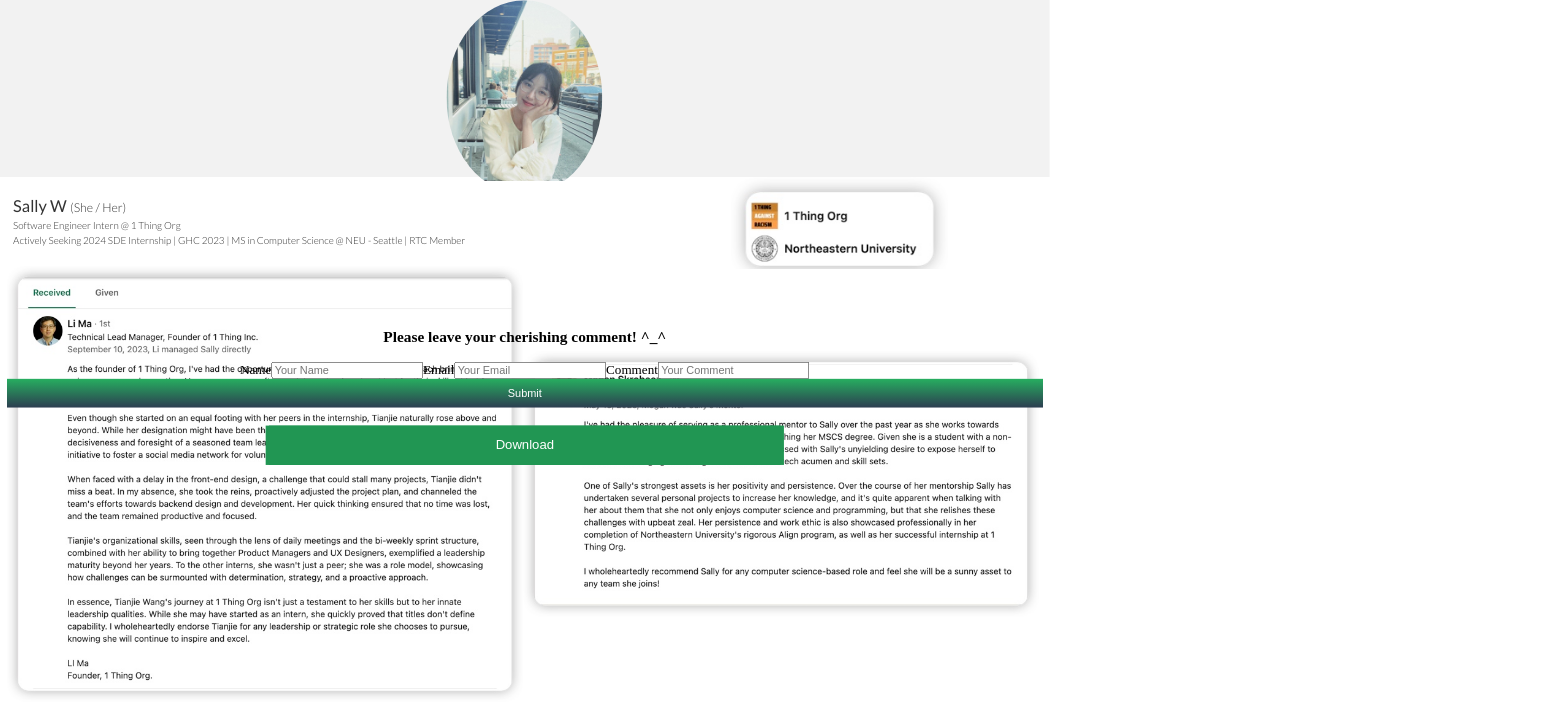
Repository: tianjiewang2022/digital-namecard
Page: recommendation_page.html
These files come from the project's save history. The page is drawn as it stood at one moment and after the next save; the edit follows.
The browser window is 1280 px wide. The page is 1280 px wide, then 1902 px, so the pictures cover 1902 px, including what lies to the right of the window. The pictures show the whole page, at 82% of full size.
Some web fonts or font styles are not loaded; a fallback is used.

Above is the page before, as saved 2023-10-16 00:40:32.

### recommendation_page.html
<!DOCTYPE html>
<html>

    <head>
        <link rel="stylesheet" href="main.css">
        <link href='https://fonts.googleapis.com/css?family=Lato:200,300,400,700' rel='stylesheet' type='text/css'>
        <link href="https://fonts.googleapis.com/css?family=Muli:200,300" rel="stylesheet">
        <meta name="viewport" content="width=device-width, initial-scale=1, shrink-to-fit=no">
    </head>

    <body>
        <section class="bg-color-grey banner">
            <div class="container">
                <div class="row">
                    <div class="col"></div>
                    <div class="col is-5">
                        <img class="profile-pic" src="E4CDA194-B414-4D9C-A781-2C7693C33BDE.JPG" alt="Profile Picture">
                    </div>
                    <div class="col"></div>
                </div>
            </div>
        </section>

        <section class="bg-color-white primary-info">
            <div class="container">
                <div class="row name-title-company">
                    <div class="col is-6">
                        <p class="text-name">Sally W <span>(She / Her)</span></p>
                        <p class="text-title-company">Software Engineer Intern @ 1 Thing Org</p>
                        <p class="text-title-company">Actively Seeking 2024 SDE Internship | GHC 2023 | MS in Computer
                            Science @ NEU - Seattle | RTC Member</p>
                    </div>
                    <div class="col">
                        <img src="iShot_2023-09-12_11.27.03.jpg" alt="Company Logo">
                    </div>
                </div>
            </div>
        </section>
        <section class="bg-color-white secondary-info">
            <div class="container grid-container">
                <div class="image-container">
                    <img src="Recommendation_Manager.jpg" alt="Recommendation from Manager">
                    <img src="Recommendation_Mentor.jpg" alt="Recommendation from Mentor">
                </div>
            </div>
        </section>

        <section class="bg-color-white secondary-info">
            <div class="container table-container">
                <h3>Please leave your cherishing comment! ^_^</h3>
                <table>
                    <label for="name">Name</label>
                    <input type="text" id="name" name="name" placeholder="Your Name">

                    <label for="email">Email</label>
                    <input type="email" id="email" name="email" placeholder="Your Email">

                    <label for="message">Comment</label>
                    <input type="text" id="message" name="message" placeholder="Your Comment">

                    <button type="submit">Submit</button>
                </table>
            </div>
        </section>

        <section class="bg-color-white bottom">
            <div class="container">
                <div class="row">
                    <div class="col"></div>
                    <div class="col is-5">
                        <div class="button">
                            <a href="user.vcf">
                                <p class="button">Download</p>
                            </a>
                        </div>
                    </div>
                    <div class="col"></div>
                </div>
            </div>
        </section>

    </body>

</html>

### main.css
html,
body {
	height: 100%;
	width: 100%;
	margin: 0;
	justify-content: center;
}

section {
	display: block;
	padding-left: 0.5rem;
	padding-right: 0.5rem;
	height: auto;
}

p {
	margin: 0.25rem !important;
}

a {
	text-decoration: none;
}

img {
	display: block;
	margin-left: auto;
	margin-right: auto;
	max-height: 100%;
	max-width: 100%;
	height: auto;
	width: auto;
	object-fit: contain;
}

img.profile-pic {
	height: 30%;
	width: 30%;
	object-fit: cover;
	border-radius: 50%;
}

.container {
	margin: 0 auto;
	position: relative;
	height: 100%;
}

.row {
	display: flex;
	justify-content: center;
	align-items: center;
	flex-wrap: nowrap;
	flex-direction: row;
	position: relative;
	height: 100%;
	width: 100%;
}

.col {
	display: block;
	flex-basis: 0;
	flex-grow: 1;
	flex-shrink: 1;
	margin: 0;
	padding: 0.25rem;
	max-width: 100%;
	max-height: 100%;
	overflow: auto;
}

.col.is-1 {
	flex: none;
	width: 10%;
}

.col.is-2 {
	flex: none;
	width: 20%;
}

.col.is-3 {
	flex: none;
	width: 30%;
}

.col.is-4 {
	flex: none;
	width: 40%;
}

.col.is-5 {
	flex: none;
	width: 50%;
}

.col.is-6 {
	flex: none;
	width: 60%;
}

.col.is-7 {
	flex: none;
	width: 70%;
}

.col.is-8 {
	flex: none;
	width: 80%;
}

.col.is-9 {
	flex: none;
	width: 90%;
}

.col.is-10 {
	flex: none;
	width: 100%;
}

.name-title-company {
	height: 100%;
}

.banner {
	height: 30%;
}

.primary-info {
	height: 15%;
}

.secondary-info {
	height: 8%;
}

.bg-color-grey {
	background-color: #F2F2F2;
}

.bg-color-white {
	background-color: white;
}

.text-name {
	font-family: 'Lato', sans-serif;
	font-weight: 400;
	color: #333333;
	font-size: 20px;
}

.text-name span {
	font-family: 'Lato', sans-serif;
	font-weight: 200;
	color: #333333;
	font-size: 15px;
}

.text-title-company {
	font-family: 'Lato', sans-serif;
	font-weight: 200;
	color: #333333;
	font-size: 12px;
}

.text-detail {
	font-family: 'Lato', sans-serif;
	font-weight: 300;
	color: #575757;
	font-size: 12px;
}

.bottom {
	height: 23%;
}

.button {
	background-color: #219653;
	height: 48px;
	padding-left: 24px padding-right: 24px;
	text-align: center;
	vertical-align: middle;
	line-height: 48px;
	font-family: 'Muli', sans-serif;
	color: white;
	font-weight: 300;
}

@media screen and (max-width: 600px) {
	img.profile-pic {
		height: 60%;
		width: 60%;
	}
}

@media screen and (max-width: 480px) {
	img.profile-pic {
		height: 80%;
		width: 80%;
	}
}

.table-container {
	margin: 0 auto;
	/* This centers the container horizontally */
	text-align: center;
	/* This centers the contents of the container */
}


/* CSS for the Submit button */
button {
	width: 100%;
	background: linear-gradient(to bottom, #27ae60, #2c3e50);
	color: white;
	border: none;
	padding: 10px;
	cursor: pointer;
}

/* CSS for button hover effect */
button:hover {
	cursor: pointer;
}

table {
	width: 100%;
	justify-content: center;
	border-collapse: collapse;
	margin-top: 10px;
}

th,
td {
	border: 1px solid #ccc;
	padding: 10px;
	text-align: center;
}

th {
	background-color: #f2f2f2;
}

.grid-container {
	display: grid;
	grid-template-columns: repeat(2, 1fr);
	/* Two columns with equal width */
	gap: 5px;
	/* Add some spacing between grid items */
	align-items: center;
}

/* Add this CSS to your main.css or in a <style> element in the HTML */
.image-container {
	display: flex;
	/* Use flexbox to arrange the images horizontally */
	justify-content: space-between;
	/* Create space between the images */
	align-items: center;
	/* Vertically center the images within the container */
}

.image-container img {
	max-width: 100%;
	/* Ensure images don't exceed their container's width */
	height: auto;
	/* Maintain the aspect ratio of the images */
}

After the next save:
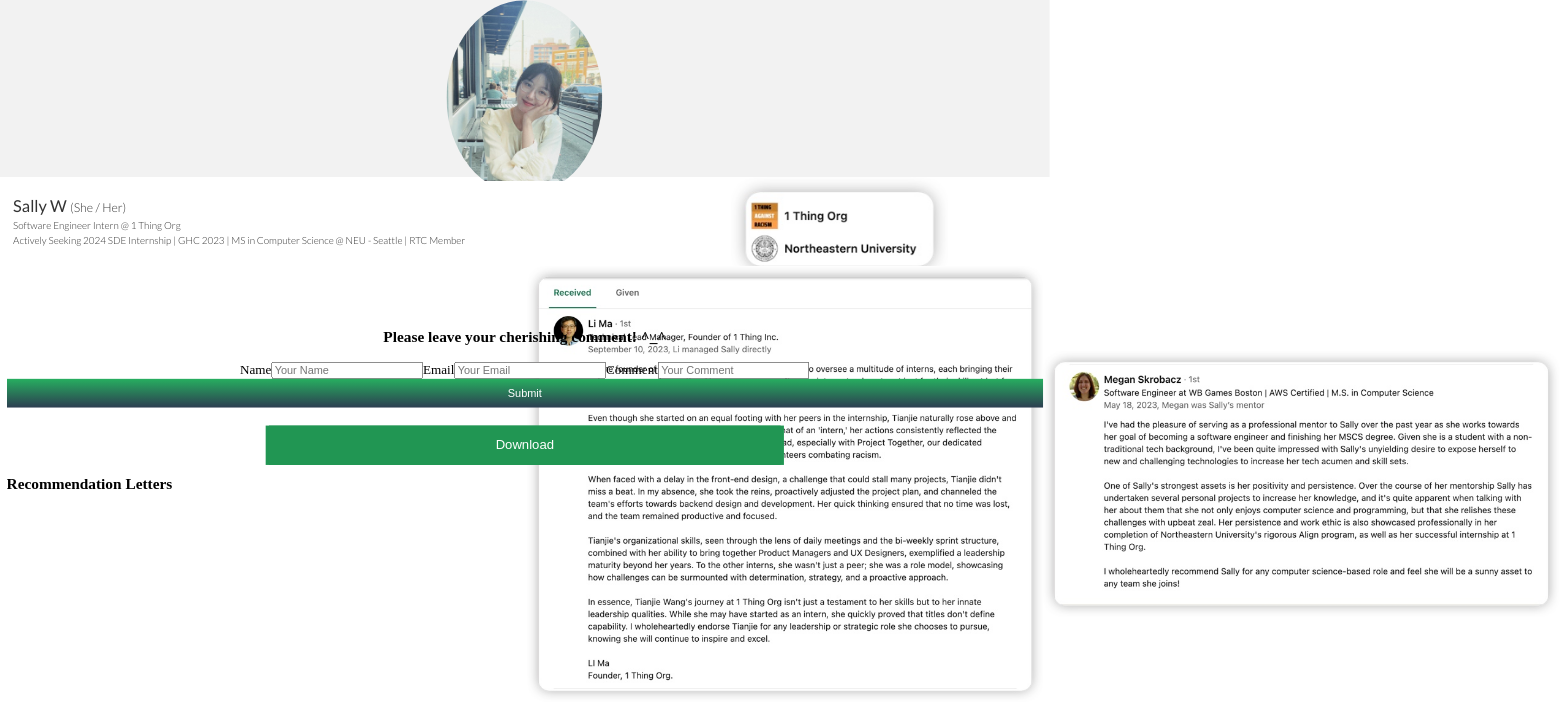
Saved 96 s later.
--- a/recommendation_page.html
+++ b/recommendation_page.html
@@ -38,6 +38,7 @@
         </section>
         <section class="bg-color-white secondary-info">
             <div class="container grid-container">
+                <h3>Recommendation Letters</h3>
                 <div class="image-container">
                     <img src="Recommendation_Manager.jpg" alt="Recommendation from Manager">
                     <img src="Recommendation_Mentor.jpg" alt="Recommendation from Mentor">
